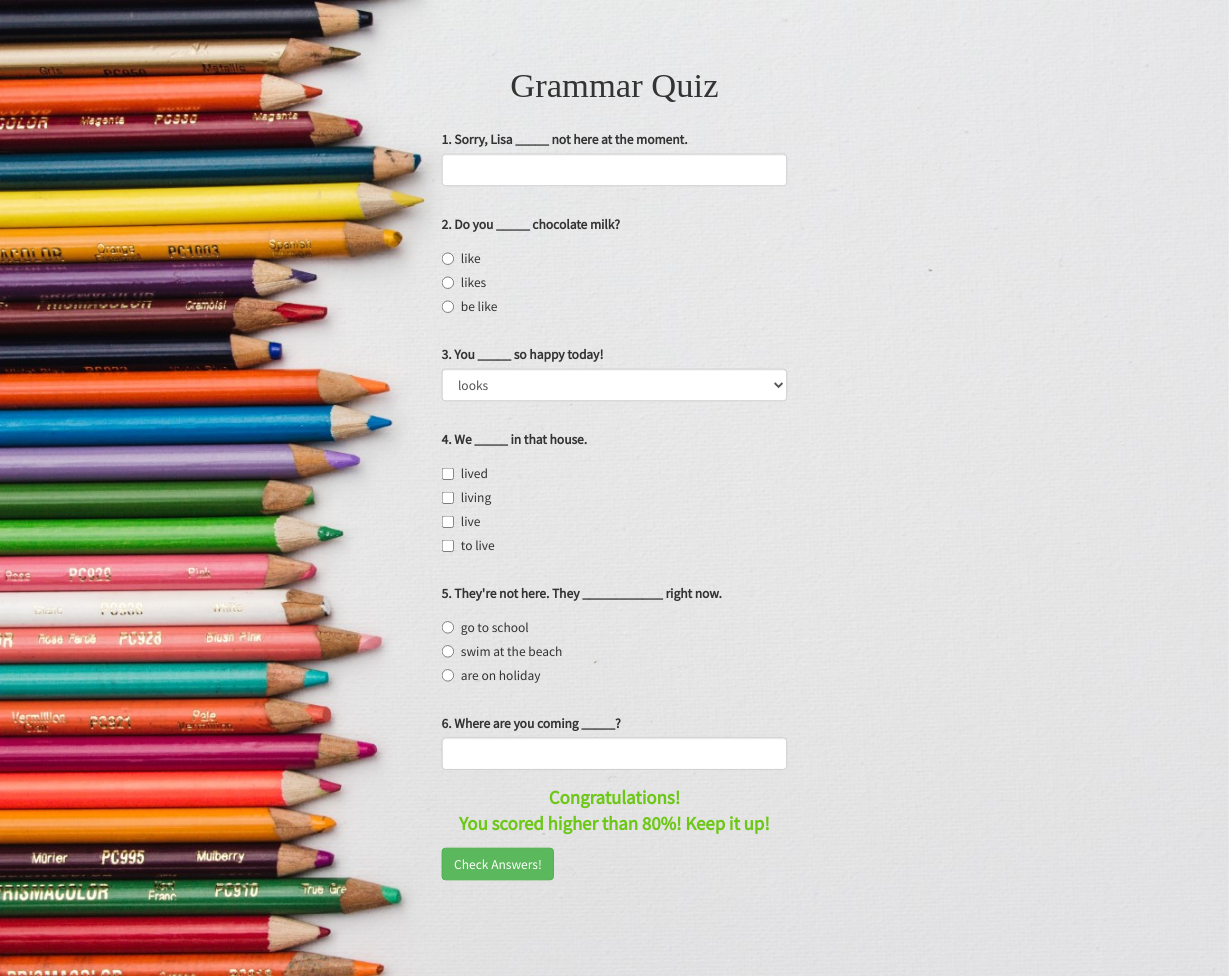
Repository: maliking/making
Page: hw/hw4/index.html
The author's editor kept a record of every edit. The page is drawn from the files as they stood at one moment, then again after the next edit.
The browser window is 1280 px wide. The pictures show the whole page, at 96% of full size.
Some web fonts or font styles are not loaded; a fallback is used. Some web libraries are served in a nearby version.

Above is the page before.

After the next edit:
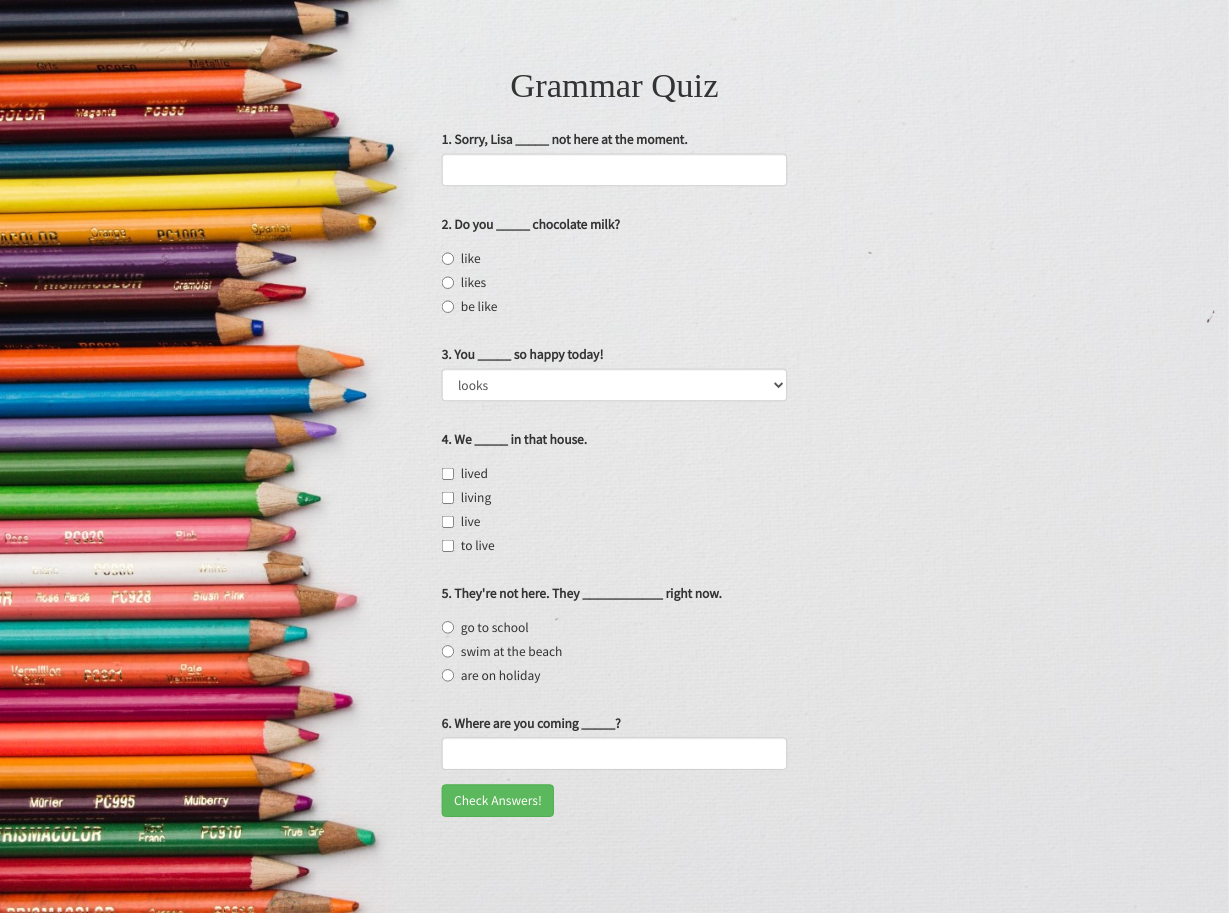
The edit:
--- a/hw/hw4/index.html
+++ b/hw/hw4/index.html
@@ -199,7 +199,6 @@
                 }
                 document.getElementById("points").innerHTML = "Total Score: " + points;
             }
-            document.getElementById("congrats").innerHTML = "Congratulations!<br>You scored higher than 80%! Keep it up!";
         </script>
         <script type="text/javascript" src="js/functions.js"></script>
 
